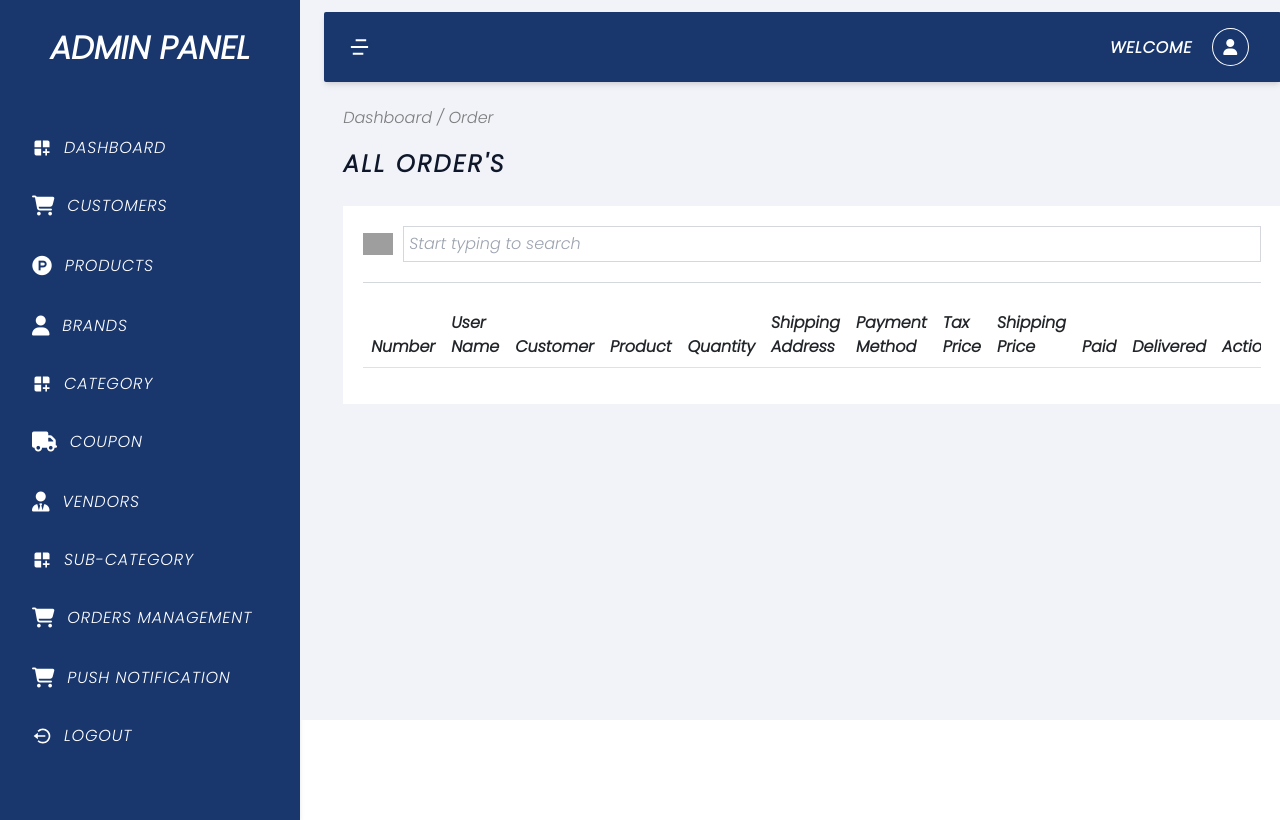
Repository: FlyweisReact/AnilAdminPanel
Page: /E-commerce/Admin/Orders
An editor plug-in stored every save of this project. The page is shown before and after the next save, followed by the edit.
The browser window is 1280 px wide. The pictures show the whole page.
Pictures or frames that could not be fetched are drawn as grey boxes. The page's requests for data from a server got no answer. Some web libraries are served in a nearby version. The project was rebuilt for these pictures with package versions that can differ from the ones it lists, and the page was loaded fresh each time. No one was signed in, and anything a server would have sent is missing. Also part of the build but not shown: src/E-CommerceAdmin/forms/Login.jsx, src/E-CommerceAdmin/pages/Dashboard.jsx, src/E-CommerceAdmin/pages/ECategory.js, src/E-CommerceAdmin/pages/EProduct.js, src/E-CommerceVendor/forms/EVendorLogin.jsx, src/E-CommerceAdmin/pages/EVendorList.js, src/E-CommerceAdmin/pages/EAdminProduct.js, src/E-CommerceAdmin/pages/EAdminDelivery.js and 5 more. Imported but missing from the stored project, and not drawn on this page: src/E-CommerceVendor/pages/EVCategory, src/E-CommerceVendor/pages/EVDashboard, src/E-CommerceVendor/pages/EVOrders, src/E-CommerceVendor/pages/EVProduct, src/E-CommerceVendor/pages/EVSubCategory.

Above is the page before, as saved 2023-05-03 16:19:38.

### public/index.html
<!-- @format -->

<!DOCTYPE html>
<html lang="en">
  <head>
    <meta charset="utf-8" />
    <meta name="viewport" content="width=device-width, initial-scale=1" />
    <meta name="theme-color" content="#000000" />
    <meta
      name="description"
      content="Web site created using create-react-app"
    />
    <link rel="apple-touch-icon" href="%PUBLIC_URL%/favicon.ico?v=2" />
    <link rel="manifest" href="%PUBLIC_URL%/manifest.json" />
    <link rel="preconnect" href="https://fonts.googleapis.com">
<link rel="preconnect" href="https://fonts.gstatic.com" crossorigin>
<link href="https://fonts.googleapis.com/css2?family=Roboto+Mono:ital,wght@1,300&display=swap" rel="stylesheet">
    <title>Anil Admin Panel</title>
  </head>
  <body>
    <noscript>You need to enable JavaScript to run this app.</noscript>
    <div id="root"></div>
    <script src="https://code.jquery.com/jquery-3.6.0.min.js"></script>
    <script src="https://kit.fontawesome.com/b533b351e4.js" crossorigin="anonymous"></script>
  </body>
</html>

### src/index.js
import React from "react";
import ReactDOM from "react-dom/client";
import "./index.css";
import App from "./App";
import { BrowserRouter } from "react-router-dom";
import 'bootstrap/dist/css/bootstrap.min.css'

const root = ReactDOM.createRoot(document.getElementById("root"));
root.render(
  <React.StrictMode>
    <BrowserRouter>
      <App />
    </BrowserRouter>
  </React.StrictMode>
);

### src/index.css
/** @format */

@tailwind base;
@tailwind components;
@tailwind utilities;
@import url("https://fonts.googleapis.com/css2?family=Roboto+Mono:ital,wght@1,300&display=swap");
@font-face {
  font-family: Roboto;
  src: url("./Fonts/Poppins-LightItalic.ttf");
}
body {
  margin: 0;
  font-family: Roboto !important;
  -webkit-font-smoothing: antialiased;
  -moz-osx-font-smoothing: grayscale;
}

code {
  font-family: Roboto !important;
}

html {
  font-family: Roboto !important;
}

::-webkit-scrollbar {
  width: 10px;
}
.fa-trash {
  color: red;
  cursor: pointer;
}

.iCOn {
  transition: 0.5s;
  box-shadow: none;
  transform: scale(1);
}
.cardDiv {
  cursor: pointer;
}

.cardDiv:hover .iCOn {
  box-shadow: rgba(0, 0, 0, 0.35) 0px 5px 15px;
  transform: scale(1.3);
}

/* Track */
::-webkit-scrollbar-track {
  background: #f1f1f1;
}

/* Handle */
::-webkit-scrollbar-thumb {
  background: #888;
}

/* Handle on hover */
::-webkit-scrollbar-thumb:hover {
  background: #555;
}
.profileImage {
  width: 100px;
}
.fa-eye {
  color: #029aff;
  cursor: pointer;
}
.fa-edit {
  cursor: pointer;
  color: blue;
}

.View {
  border: 1px solid black;
  width: 100%;
  padding: 10px;
}

.main-card--container {
  display: grid;
  grid-template-columns: repeat(3, minmax(300px, 500px));
  grid-gap: 50px;
  justify-content: space-around;
}
.card-container {
  margin: 25px 0 auto;
  box-shadow: rgba(0, 0, 0, 0.35) 0px 5px 15px;
  position: relative;
  display: grid;
  grid-template-columns: 1fr;
  justify-content: space-around;
  align-items: flex-start;
}

.myEdit:focus {
  box-shadow: rgba(0, 0, 0, 0.35) 0px 5px 15px;
}

.AstroLogin {
  color: #fff;
  background-color: #2b7a8e;
  padding: 10px;
  width: 380px;
  text-align: center;
  font-size: 20px;
  background: linear-gradient(to left, #2b7a8e 50%, #fff 50%) right;
  background-size: 200%;
  transition: 0.5s ease-out;
  border: 1px solid #2b7a8e;
  margin-top: 10px;
  text-transform: uppercase;
}
.AstroLogin:hover {
  background-position: left;
  color: #2b7a8e;
}

.EcommerceAdminLogin {
  color: #fff;
  background-color: #19376d;
  padding: 10px;
  width: 380px;
  text-align: center;
  font-size: 20px;
  background: linear-gradient(to left, #19376d 50%, #fff 50%) right;
  background-size: 200%;
  transition: 0.5s ease-out;
  border: 1px solid #19376d;
  margin-top: 10px;
  text-transform: uppercase;
}

.EcommerceAdminLogin:hover {
  background-position: left;
  color: #19376d;
}
.EcommerceVendorLogin {
  color: #fff;
  background-color: #576cbc;
  padding: 10px;
  width: 380px;
  text-align: center;
  font-size: 20px;
  background: linear-gradient(to left, #576cbc 50%, #fff 50%) right;
  background-size: 200%;
  transition: 0.5s ease-out;
  border: 1px solid #576cbc;
  margin-top: 10px;
  text-transform: uppercase;
}

.EcommerceVendorLogin:hover {
  background-position: left;
  color: #576cbc;
}

.view {
  background-color: #2196f3;
  color: #fff;
  width: 50%;
  padding: 5px;
}

.two-sec {
  display: flex;
  justify-content: space-evenly;
  justify-content: space-evenly;
}
.two-sec .left {
  width: 60%;
  background-color: #f6f1ef;
  padding: 20px;
}
.two-sec .left .head {
  font-size: 25px;
  font-weight: bold;
}

.two-sec .right {
  width: 30%;
  background-color: #f6f1ef;
}

.searchDiv {
  width: 100%;
  display: flex;
  gap: 10px;
  border: 1px solid rgb(179, 179, 179);
  padding: 10px;
  margin-bottom: 20px;
  align-items: center;
}
.searchDiv input {
  width: 94%;
  outline: none;
  border: none;
}

.flexCont {
  display: flex;
  align-items: center;
  gap: 10px;
}
.flexCont img {
  width: 60px;
  background-color: #e9ecef;
}

.blockContent {
  display: block;
}
.blockContent p {
  margin: 0;
}

.checkBox {
  width: 50px;
  height: 25px;
  background-color: #e9ecef;
  border-radius: 50px;
  position: relative;
  cursor: pointer;
}
.checkBox span {
  width: 20px;
  height: 20px;
  border-radius: 100%;
  background-color: #fff;
  position: absolute;
  left: 5px;
  top: 2px;
}
.ActivecheckBox {
  width: 50px;
  height: 25px;
  background-color: #0d6efd;
  border-radius: 50px;
  position: relative;
  cursor: pointer;
}
.ActivecheckBox span {
  width: 20px;
  height: 20px;
  border-radius: 100%;
  background-color: #fff;
  position: absolute;
  right: 5px;
  top: 2px;
}

.fa-eye {
  color: #0cba73;
  background-color: #d6f8e8;
  width: 40px;
  text-align: center;
  height: 40px;
  display: flex;
  border-radius: 100%;
  justify-content: center;
  padding-top: 10px;
  transition: 0.5s;
}

.fa-pen-to-square {
  color: #f4c39c;
  background-color: #ffebdb;
  width: 40px;
  text-align: center;
  height: 40px;
  display: flex;
  border-radius: 100%;
  justify-content: center;
  padding-top: 10px;
  cursor: pointer;
  transition: 0.5s;
}
.fa-trash {
  color: #df939f;
  background-color: #ffe1e8;
  width: 40px;
  text-align: center;
  height: 40px;
  display: flex;
  border-radius: 100%;
  justify-content: center;
  padding-top: 10px;
  cursor: pointer;
  transition: 0.5s;
}
.fa-trash:hover {
  transform: scale(1.2);
}
.fa-eye:hover {
  transform: scale(1.2);
}
.fa-pen-to-square:hover {
  transform: scale(1.2);
}
.required {
  color: #e74260;
}

.headP {
  margin-left: 2%;
  color: #7b7c7d;
}
.filterBox {
  display: flex;
  align-items: center;
  gap: 10px;
  border-bottom: 1px solid #d4d7dc;
  padding-bottom: 20px;
  margin-bottom: 20px;
}
.filterBox img {
  width: 30px;
}
.filterBox input {
  width: 100%;
  border: 1px solid #d4d7dc;
  outline: none;
  padding: 5px;
  color: black;
}
.sectionCont {
  width: 98%;
  background-color: #fff;
  margin-left: 2%;
  padding: 20px;
}

.overFlowCont {
  width: 100%;
  overflow-x: auto;
}

.UserProfile {
  border: 1px solid #fff;
  padding: 10px;
  border-radius: 100%;
  transition: 0.5s;
  margin-left: 20px;
  cursor: pointer;
}

.UserProfile:hover {
  background-color: #fff;
  color: #000;
}

.submitBtn{
  border-radius: 0 !important;
  background-color: #19376d !important  ;

}

.pagination{
display: flex;
justify-content: center;
align-items: center;
gap: 10px;
margin-bottom: 20px;
}
.pagination button{
  border: 1px solid black;
  /* height: 50px;
  width: 50px; */
  padding: 10px;
}

.active{
  background-color: #029aff;
  color: #fff;
  border: 1px solid #029aff  !important;
}

### src/E-CommerceAdmin/pages/EAdminOrders.js
/** @format */

import axios from "axios";
import React, { useEffect, useState } from "react";
import { Badge, Button, Form, Modal, Table } from "react-bootstrap";
import HOC from "../layout/HOC";

const EAdminOrders = () => {
  const [modalShow, setModalShow] = useState(false);
  const [data, setData] = useState([]);

  const fetchData = async () => {
    try {
      const { data } = await axios.get(
        " https://xw9mf13nwl.execute-api.ap-south-1.amazonaws.com/dev/api/v1/orders"
      );
      setData(data);
    } catch (e) {
      console.log(e);
    }
  };

  useEffect(() => {
    fetchData();
  }, []);

  function EditStatus(props) {
    return (
      <Modal
        {...props}
        size="lg"
        aria-labelledby="contained-modal-title-vcenter"
        centered
      >
        <Modal.Header closeButton>
          <Modal.Title id="contained-modal-title-vcenter">
            Edit Status
          </Modal.Title>
        </Modal.Header>
        <Modal.Body>
          <Form>
            <Form.Select aria-label="Default select example" className="mb-3">
              <option>--Edit Status--</option>
              <option value="1">Shipped</option>
              <option value="2">Pending</option>
              <option value="3">Canceled</option>
            </Form.Select>
            <Button variant="outline-success">Submit</Button>
          </Form>
        </Modal.Body>
      </Modal>
    );
  }

  return (
    <>
      <EditStatus show={modalShow} onHide={() => setModalShow(false)} />
      <section>
        <p className="headP">Dashboard / Order</p>

        <div
          className="pb-4 sticky top-0  w-full flex justify-between items-center"
          style={{ width: "98%", marginLeft: "2%" }}
        >
          <span
            className="tracking-widest text-slate-900 font-semibold uppercase"
            style={{ fontSize: "1.5rem" }}
          >
            All Order's
          </span>
        </div>
        <section className="sectionCont">
          <div className="filterBox">
            <img
              src="https://t4.ftcdn.net/jpg/01/41/97/61/360_F_141976137_kQrdYIvfn3e0RT1EWbZOmQciOKLMgCwG.jpg"
              alt=""
            />
            <input type="search" placeholder="Start typing to search" />
          </div>

          <div className="overFlowCont">
            <Table>
              <thead>
                <tr>
                  <th>Number</th>
                  <th>User Name</th>
                  <th>Customer</th>
                  <th>Product</th>
                  <th>Quantity</th>
                  <th>Shipping Address</th>
                  <th>Payment Method</th>
                  <th>Tax Price</th>
                  <th> Shipping Price </th>
                  <th> Paid  </th>
                  <th> Delivered  </th>
                  <th>Action</th>
                </tr>
              </thead>
              <tbody>
                {data?.data?.map((i, index) => (
                  <tr key={index}>
                    <td> #{index + 1} </td>
                    <td> {i.userId?.name} </td>
                    <td>
                      {" "}
                      {i.items?.map((item , index) => (
                        <ul key={index}>
                          <li> {item.product?.name}  </li>
                        </ul>
                      ))}{" "}
                    </td>
                    <td>
                      {" "}
                      {i.items?.map((item , index) => (
                        <ul key={index}>
                          <li> {item.quantity}  </li>
                        </ul>
                      ))}{" "}
                    </td>
                    <td> {i.shippingAddress} </td>
                    <td> {i.paymentMethod} </td>
                    <td> {i.taxPrice} </td>
                    <td> {i.shippingPrice} </td>
                    <td> {i.isPaid=== false ? <Badge bg='danger'>Not Paid</Badge> : <Badge bg='success' >Paid</Badge>} </td>
                    <td> {i.isDelivered === false ? <Badge bg='danger'>Not Paid</Badge> : <Badge bg='success' >Paid</Badge> } </td>
                    <td> {i.createdAt  } </td>
                    <td>
                      <span className="d-flex gap-2">
                        <i className="fa-solid fa-trash"></i>
                        <i
                          class="fa-solid fa-pen-to-square"
                          onClick={() => {
                            setModalShow(true);
                          }}
                        ></i>
                      </span>
                    </td>
                  </tr>
                ))}
              </tbody>
            </Table>
          </div>
        </section>
      </section>
    </>
  );
};

export default HOC(EAdminOrders);

### src/E-CommerceAdmin/layout/HOC.jsx
/** @format */

import React, { useState } from "react";
import Navbar from "./Navbar";
import Sidebar from "./Sidebar";

const HOC = (Wcomponenet) => {
  return function Component() {
    const [hamb, setHamb] = useState(false);
    return (
      <>
        <section className="flex overflow-x-hidden relative ">
          {/* Sidebar */}
          <div
            className={
              hamb
                ? " absolute top-0 z-30 md:w-auto shadow-md bg-slate-200  w-60 transition-all md:-left-full left duration-150  h-auto overflow-y-auto  left-0 "
                : " md:w-72 z-30 bg-slate-200  shadow-md  md:static absolute top-0 -left-full   transition-all duration-150  overflow-y-auto h-auto"
            }
            style={{ minWidth: "300px" }}
          >
            <Sidebar hamb={hamb} setHamb={setHamb} />
          </div>
          {/* Components & Navbar */}
          <div
            className={
              hamb
                ? " transition-all px-4 py-2  duration-150 w-full h-screen"
                : " w-full h-screen  px-4 py-2   z-50 transition-all duration-150 "
            }
            style={{backgroundColor : '#f2f3f8'}}
          >
            <Navbar hamb={hamb} setHamb={setHamb} />
            <div className="my-6 text-#000 h-[87%] wcomp overflow-y-auto">
              {" "}
              <Wcomponenet />
            </div>
          </div>
        </section>
      </>
    );
  };
};

export default HOC;

### src/E-CommerceAdmin/layout/Navbar.jsx
/** @format */

import { useState } from "react";
import { RiMenu4Line } from "react-icons/ri";
import { ProfileUpdate } from "../Modals/Modals";

const Navbar = ({ hamb, setHamb }) => {
  const [openProfile, setOpenProfile] = useState(false);

  return (
    <>
      <ProfileUpdate show={openProfile} onHide={() => setOpenProfile(false)} />

      <div
        className={
          hamb
            ? "flex  w-full justify-between  my-1 rounded-sm  p-4 py-3 shadow-md items-center  bg-slate-200 space-x-4"
            : "flex  w-full justify-between my-1 rounded-sm  p-4 py-3 shadow-md items-center  bg-slate-200 space-x-4"
        }
        style={{ backgroundColor: "#19376d" }}
      >
        <RiMenu4Line
          onClick={() => setHamb(!hamb)}
          className="text-2xl font-bold text-gray-900 hover:scale-90 cursor-pointer"
          style={{ color: "#fff" }}
        />

        <section className="flex sm:ml-auto justify-end sm:w-full items-center space-x-2  pr-2">
          <figcaption className="tracking-wider pl-1 font-semibold">
            <div
              className="lg:text-base text-sm text-gray-900  uppercase"
              style={{ color: "#fff" }}
            >
              Welcome
              <i
                className="fa-solid fa-user UserProfile"
                onClick={() => setOpenProfile(!openProfile)}
              ></i>
            </div>
          </figcaption>
        </section>
      </div>
    </>
  );
};

export default Navbar;

### src/E-CommerceAdmin/layout/Sidebar.jsx
/** @format */

import React from "react";
import { RiCloseLine } from "react-icons/ri";
import { Link, useNavigate } from "react-router-dom";
import { BiLogOutCircle } from "react-icons/bi";
import { MdDashboardCustomize } from "react-icons/md";

const Sidebar = ({ hamb, setHamb }) => {
  const navigate = useNavigate();

  const nav = [
    {
      icon: <MdDashboardCustomize className="text-xl mr-3 rounded-full " />,
      link: "/E-Commerce/dashboard",
      name: "Dashboard",
    },

    {
      icon: (
        <i className="fa-solid fa-cart-shopping text-xl mr-3 rounded-full"></i>
      ),
      link: "/Customer",
      name: "Customers",
    },

    {
      icon: (
        <i className="fa-brands fa-product-hunt text-xl mr-3 rounded-full"></i>
      ),
      link: "/E-Commerce/Product",
      name: "Products",
    },

    {
      icon: <i class="fa-solid fa-user text-xl mr-3 rounded-full"></i>,
      link: "/E-Commerce/Admin",
      name: "Brands",
    },
    {
      icon: <MdDashboardCustomize className="text-xl mr-3 rounded-full " />,
      link: "/E-Commerce/Category",
      name: "Category",
    },
    {
      icon: <i class="fa-solid fa-truck  text-xl mr-3 rounded-full"></i>,
      link: "/E-Commerce/Admin/Delivery",
      name: "Coupon",
    },

    {
      icon: <i class="fa-solid fa-user-tie text-xl mr-3 rounded-full"></i>,
      link: "/E-Commerce/VendorList",
      name: "Vendors",
    },




    {
      icon: <MdDashboardCustomize className="text-xl mr-3 rounded-full " />,
      link: "/E-Commerce/Admin/subCat",
      name: "Sub-Category",
    },

    {
      icon: (
        <i className="fa-solid fa-cart-shopping text-xl mr-3 rounded-full"></i>
      ),
      link: "/E-commerce/Admin/Orders",
      name: "Orders Management",
    },

    {
      icon: (
        <i className="fa-solid fa-cart-shopping text-xl mr-3 rounded-full"></i>
      ),
      link: "/notification",
      name: "Push Notification",
    },
  ];

  const logOut = () => {
    navigate("/");
  };

  return (
    <>
      <aside
        className="p-4 h-auto"
        style={{ backgroundColor: "#19376d", minHeight: "100vh" }}
      >
        {/* Top */}
        <div className="w-full md:hidden relative  p-2 mb-4">
          <RiCloseLine
            onClick={() => setHamb(!hamb)}
            className="text-3xl  absolute top-2 sm:hover:rotate-[228deg] transition-transform font-bold right-2 sm:hover:text-[22px] text-[rgb(241,146,46)] cursor-pointer"
          />
        </div>{" "}
        <figure className="flex  flex-col items-center">
          <span
            className="font-bold text-[#fff]"
            style={{
              fontSize: "2rem",
              textAlign: "center",
              textTransform: "uppercase",
            }}
          >
             ADMIN PANEL
          </span>
        </figure>
        <nav className="py-6">
          {nav.map((nav) => {
            return (
              <Link
                to={nav.link}
                key={nav.name}
                className=""
                style={{ textDecoration: "none", textTransform: "uppercase" }}
              >
                <span
                  className="flex my-3 items-center cursor-pointer text-gray-900    tracking-wider p-2 rounded-sm"
                  style={{ color: "#FFF" }}
                >
                  {nav.icon} {nav.name}
                </span>
              </Link>
            );
          })}
          <span
            className="flex my-3 items-center cursor-pointer text-gray-900    tracking-wider p-2 rounded-sm"
            onClick={() => logOut()}
            style={{ color: "#FFF", textTransform: "uppercase" }}
          >
            <BiLogOutCircle className="text-xl mr-3 rounded-full " /> LogOut
          </span>
        </nav>
      </aside>
    </>
  );
};

export default Sidebar;

### src/E-CommerceAdmin/Modals/Modals.js
/** @format */

import { Button, Form, Modal } from "react-bootstrap";

export function ProfileUpdate(props) {
  return (
    <Modal
      {...props}
      size="lg"
      aria-labelledby="contained-modal-title-vcenter"
      centered
    >
      <Modal.Header closeButton>
        <Modal.Title id="contained-modal-title-vcenter">
          Update Profile
        </Modal.Title>
      </Modal.Header>
      <Modal.Body>
        <Form>
          <Form.Group className="mb-3">
            <Form.Label>Name</Form.Label>
            <Form.Control type="text" />
          </Form.Group>
          <Form.Group className="mb-3">
            <Form.Label>Email</Form.Label>
            <Form.Control type="email" />
          </Form.Group>
          <Form.Group className="mb-3">
            <Form.Label>Phone Number</Form.Label>
            <Form.Control type="tel" pattern="[0-9]{10}" />
          </Form.Group>
          <Form.Group className="mb-3">
            <Form.Label>Password</Form.Label>
            <Form.Control type="password" />
          </Form.Group>
          <Button className="submitBtn" >Submit</Button>
        </Form>
      </Modal.Body>
      <Modal.Footer></Modal.Footer>
    </Modal>
  );
}

Loaded but not shown: tailwind.config.js (common file); src/App.js (66 lines, source omitted)

After the next save:
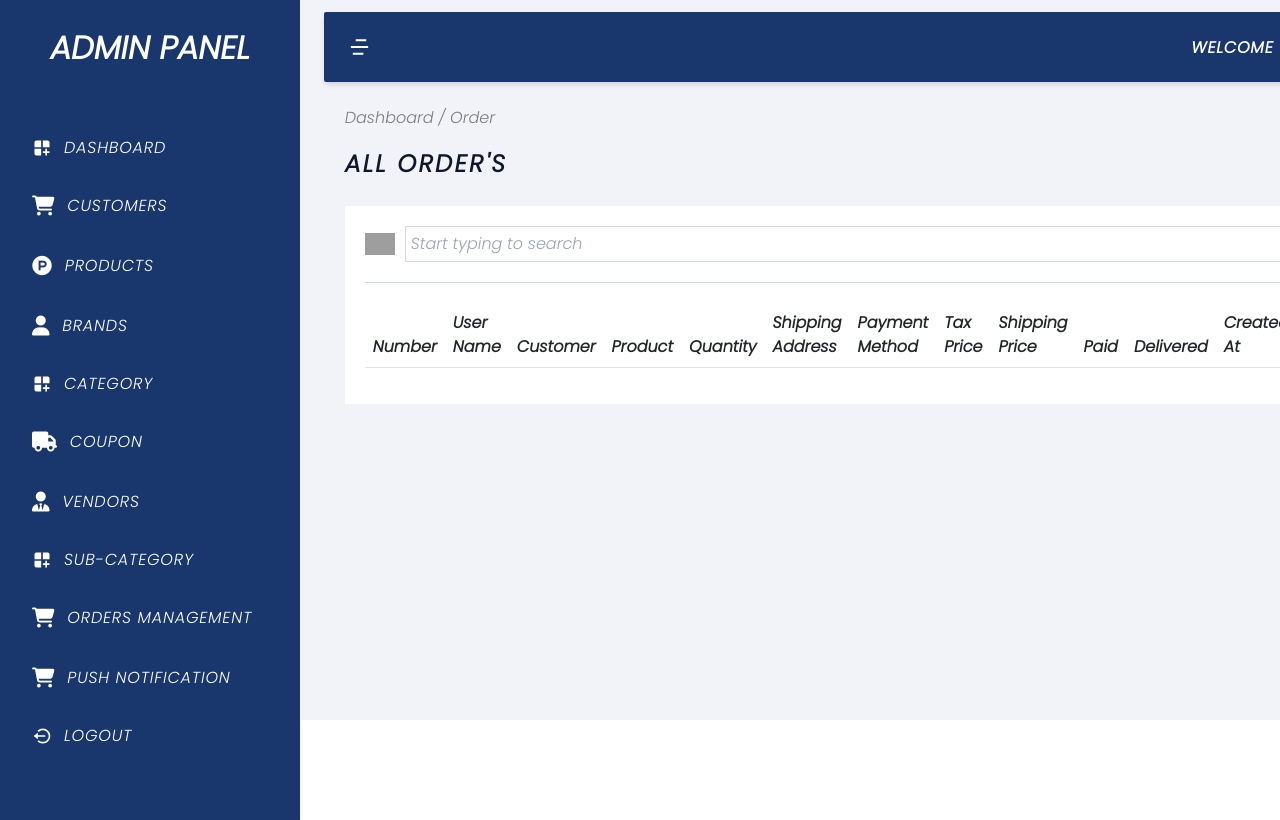
Saved 6 s later.
--- a/src/E-CommerceAdmin/pages/EAdminOrders.js
+++ b/src/E-CommerceAdmin/pages/EAdminOrders.js
@@ -93,6 +93,7 @@ const EAdminOrders = () => {
                   <th> Shipping Price </th>
                   <th> Paid  </th>
                   <th> Delivered  </th>
+                  <th> Created At  </th>
                   <th>Action</th>
                 </tr>
               </thead>
